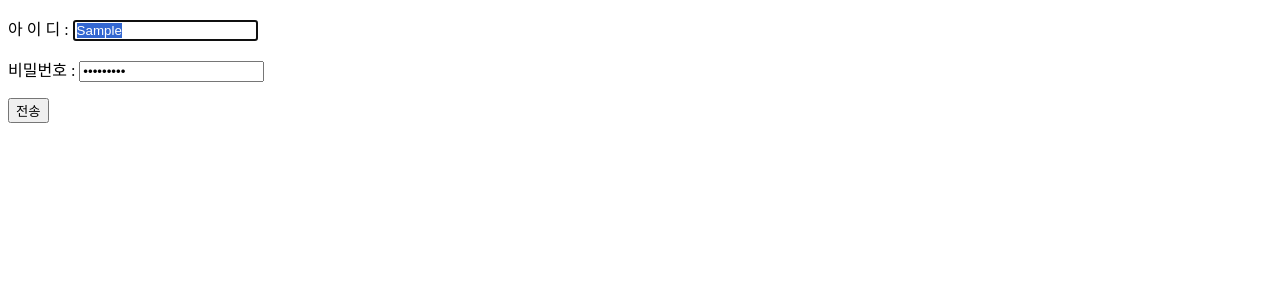
Repository: SJM7301/KH-JSP
Page: http://localhost/JSPBook/ch08/validation05.jsp
An editor plug-in stored every save of this project. The page is shown before and after the next save, followed by the edit.
The browser window is 1280 px wide. The pictures show the whole page.
Empty fields were first filled with sample values (such as "Sample", 5 or name@example.com).
After loading, the first visible `input[onclick="checkLogin()"]` was clicked once.
The page is served by Tomcat 10. Nobody is signed in. The application's start-up code is not run. Other server files are loaded and not shown.

Above is the page before, as saved 2025-02-06 07:31:11.

### JSPBook/src/main/webapp/ch08/validation05.jsp
<%@ page language="java" contentType="text/html; charset=UTF-8"
    pageEncoding="UTF-8"%>
<!DOCTYPE html>
<html>
<head>
<meta charset="UTF-8">
<title>Insert title here</title>
</head>

<script type="text/javascript">
	function checkLogin() {
		var form = document.loginForm;
		alert("아이디: " + form.id.value + "\n" + "비밀번호: " + form.passwd.value);

		for(i = 0; i < form.id.value.length; i++){
			var ch = form.id.value.charAt(i);

			if((ch < 'a' || ch > 'z') && (ch > 'A' || ch < 'Z') && (ch > '0' || ch < '9')){
				alert("아이디는 영문 소문자만 입력 가능합니다.");
				form.id.select();
				return;
			} else if(form.id.value.length < 4){
			alert("비밀번호는 4자 이상으로 입력해야 합니다.");
			form.passwd.select();
			return;
		}
		form.submit();
		}
	}
</script>

<body>
	<form action="validation03_process.jsp" method="post" name="loginForm">
		<p> 아 이 디 : <input type="text" name="id">
		<p> 비밀번호 : <input type="password" name="passwd">
		<p> <input type="button" value="전송" onclick="checkLogin()">
	</form>
</body>
</html>

After the next save:
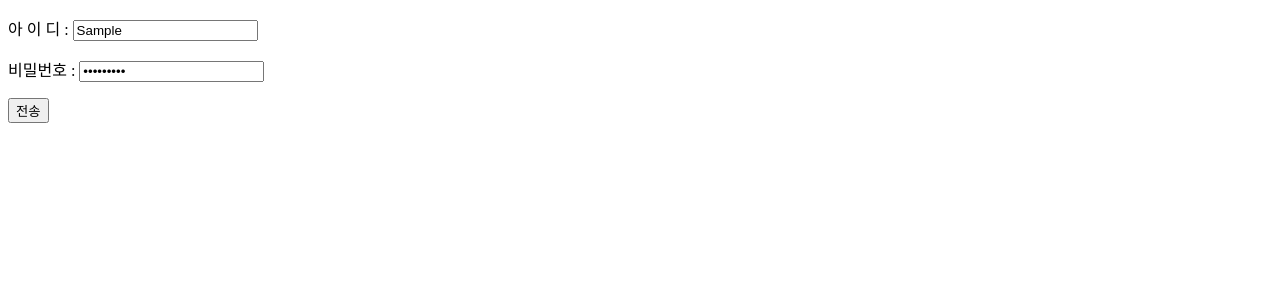
Console error: SyntaxError: Unexpected token 'else'
Saved 27 s later.
--- a/JSPBook/src/main/webapp/ch08/validation05.jsp
+++ b/JSPBook/src/main/webapp/ch08/validation05.jsp
@@ -19,11 +19,12 @@
 				alert("아이디는 영문 소문자만 입력 가능합니다.");
 				form.id.select();
 				return;
-			} else if(form.id.value.length < 4){
+			}
+		}
+		else if(form.id.value.length < 4){
 			alert("비밀번호는 4자 이상으로 입력해야 합니다.");
 			form.passwd.select();
 			return;
-		}
 		form.submit();
 		}
 	}

After the save that followed:
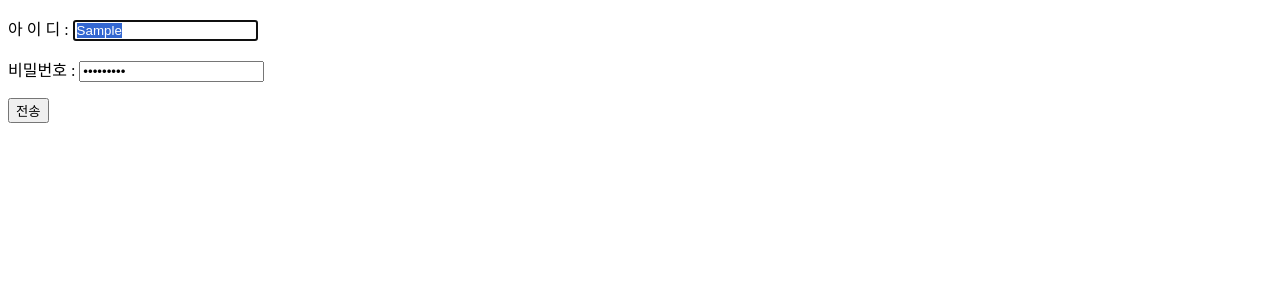
The error is gone.
Saved 57 s later.
--- a/JSPBook/src/main/webapp/ch08/validation05.jsp
+++ b/JSPBook/src/main/webapp/ch08/validation05.jsp
@@ -21,12 +21,13 @@
 				return;
 			}
 		}
-		else if(form.id.value.length < 4){
-			alert("비밀번호는 4자 이상으로 입력해야 합니다.");
+
+		if(isNaN(form.passwd.value)){
+			alert("비밀번호는 숫자만 입력 가능합니다.");
 			form.passwd.select();
 			return;
+		}
 		form.submit();
-		}
 	}
 </script>
 
